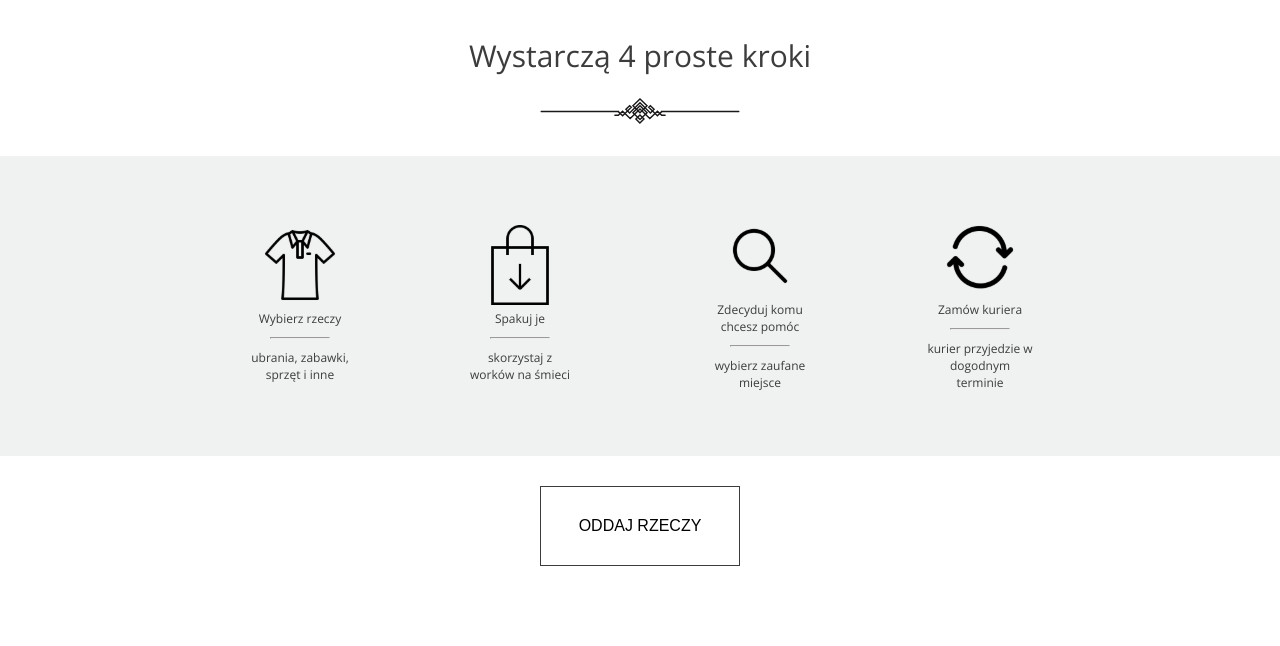
Repository: artwol993/Oddam_w_dobre_rece
Page: /
These files come from the project's save history. The page is drawn as it stood at one moment and after the next save; the edit follows.
The browser window is 1280 px wide. The pictures show the part of the page from y = 1046 to 1692 px (the page is 1907 px tall).
Pictures or frames that could not be fetched are drawn as grey boxes. The project was rebuilt for these pictures with package versions that can differ from the ones it lists, and the page was loaded fresh each time. Also part of the build but not shown: src/scss/components/Home.scss.

Above is the page before, as saved 2020-12-18 20:42:35.

### public/index.html
<!DOCTYPE html>
<html lang="en">

<head>
  <meta charset="utf-8" />
  <link rel="icon" href="%PUBLIC_URL%/favicon.ico" />
  <meta name="viewport" content="width=device-width, initial-scale=1" />
  <meta name="theme-color" content="#000000" />
  <meta name="description" content="Web site created using create-react-app" />
  <link rel="preconnect" href="https://fonts.gstatic.com">
  <link href="https://fonts.googleapis.com/css2?family=Merriweather:wght@300;400;700;900&display=swap" rel="stylesheet">
  <link rel="preconnect" href="https://fonts.gstatic.com">
  <link href="https://fonts.googleapis.com/css2?family=Open+Sans:wght@300;400;600;700;800&display=swap"
    rel="stylesheet">
  <link rel="apple-touch-icon" href="%PUBLIC_URL%/logo192.png" />
  <!--
      manifest.json provides metadata used when your web app is installed on a
      user's mobile device or desktop. See https://developers.google.com/web/fundamentals/web-app-manifest/
    -->
  <link rel="manifest" href="%PUBLIC_URL%/manifest.json" />
  <!--
      Notice the use of %PUBLIC_URL% in the tags above.
      It will be replaced with the URL of the `public` folder during the build.
      Only files inside the `public` folder can be referenced from the HTML.

      Unlike "/favicon.ico" or "favicon.ico", "%PUBLIC_URL%/favicon.ico" will
      work correctly both with client-side routing and a non-root public URL.
      Learn how to configure a non-root public URL by running `npm run build`.
    -->
  <title>React App</title>
</head>

<body>
  <noscript>You need to enable JavaScript to run this app.</noscript>
  <div id="root"></div>
  <!--
      This HTML file is a template.
      If you open it directly in the browser, you will see an empty page.

      You can add webfonts, meta tags, or analytics to this file.
      The build step will place the bundled scripts into the <body> tag.

      To begin the development, run `npm start` or `yarn start`.
      To create a production bundle, use `npm run build` or `yarn build`.
    -->
</body>

</html>

### src/index.js
import React from 'react';
import ReactDOM from 'react-dom';
import App from './App';
import "./scss/main.scss"

ReactDOM.render(
  <React.StrictMode>
    <App />
  </React.StrictMode>,
  document.getElementById('root')
);

### src/App.js
import React from 'react';
import { BrowserRouter as Router, Switch, Route } from 'react-router-dom';
import './scss/main.scss';
import Navbar from './components/Navbar';
import Home from './components/pages/Home/Home';
import ScrollToTop from './components/ScrollToTop';




function App() {
  return (
    <div className="body">
      <>
        <Router>
          <ScrollToTop />
          <Navbar />
          <Switch>

            <Route path='/' exact component={Home} />

          </Switch>
        </Router>
      </>
    </div>
  );
}

export default App;

### src/scss/main.scss

//settings
@import "./settings/reset";
@import "./settings/colors";
@import "./settings/fonts";
@import "./settings/buttons";


//components


.body {
    font-family: $font-base;
    color: $c-font1;
}

### src/components/Navbar.js
import React, { useState } from 'react';
import { Link } from 'react-router-dom';
import '../scss/navbar.scss';


function Navbar() {

    const [click, setClick] = useState(true);
    const handleClick = () => setClick(!click);

    return (
        <>
            <nav className='navbar'>
                <div className='navbar-container'>


                    <div className='menu-icon' onClick={handleClick}>
                        <div className={click ? 'x-icon' : 'bars-icon'} />
                    </div>

                    <ul className={click ? 'nav-menu' : 'active'}>

                        <li className='nav-items'>
                            <Link to='/' className='nav-links' onClick={handleClick}>
                                Start
                            </Link>
                        </li>
                        <li className='nav-items'>
                            <Link
                                to='/'
                                className='nav-links'
                                onClick={handleClick}
                            >
                                O co chodzi?
                            </Link>
                        </li>
                        <li className='nav-items'>
                            <Link
                                to='/'
                                className='nav-links'
                                onClick={handleClick}
                            >
                                O nas
                            </Link>
                        </li>

                        <li className='nav-items'>
                            <Link
                                to='/'
                                className='nav-links'
                                onClick={handleClick}
                            >
                                Fundacja i organizacje
                            </Link>
                        </li>
                        <li className='nav-items'>
                            <Link
                                to='/'
                                className='nav-links'
                                onClick={handleClick}
                            >
                                Kontakt
                            </Link>
                        </li>
                    </ul>

                </div>
            </nav>
        </>
    );
}

export default Navbar;

### src/components/pages/Home/Home.js
import React from 'react';
import '../../../scss/components/Home.scss';
import HeroSection from './HeroSection';
import Profits from './Profits';
import SimpleSteps from './SimpleSteps';
import AboutUs from './AboutUs';
import WhoWeHelp from './WhoWeHelp';
import Contact from './Contact'


function Home() {
    return (
        <>
            <HeroSection />
            <Profits />
            <SimpleSteps />
            <AboutUs />
            <WhoWeHelp />
            <Contact />

        </>

    )
}

export default Home

### src/scss/settings/reset.scss
* {
    margin: 0;
    padding: 0;
    box-sizing: border-box;

    &:after,
    &:before {
        box-sizing: border-box;
    }
}

### src/scss/settings/_colors.scss
//main
$c-white: #ffff;
$c-black: #0000;

//background
$c-bg1: #f0f1f1;
$c-bg2: #fad648;

//fonts
$c-font1: #3c3c3c;
$c-fnt2: #737373;
$c-fnt3: #5e5322;

//details
$c-divider: #1a1818;
$c-details: #5e5322;

### src/scss/settings/_fonts.scss
//styles
$font-base: "Open Sans", sans-serif;
$font-alt: "Merriweather", serif;

//weight
$fw-light: 300;
$fw-reg: 400;
$fw-sbold: 600;
$fw-bold: 700;
$fw-black: 900;

h1 {
    font-size: 30px;
    text-align: center;
    font-weight: $fw-reg;
}

h2 {
    font-size: 30px;
    text-align: center;
    font-weight: $fw-reg;
}

h3 {
    text-align: center;
    font-weight: $fw-reg;
}

.decoration {
    width: 200px;
    height: 60px;
    margin: 5px;
    background-image: url("../../assets/Decoration.svg");
    background-position: center;
    background-repeat: no-repeat;
    background-size: contain;
}

### src/scss/settings/_buttons.scss
.main-button {
    height: 80px;
    width: 200px;
    margin: 10px;
    background-color: $c-white;
    text-transform: uppercase;
    font-size: 16px;
    font-weight: $fw-light;
    padding: 5px;
    border: solid 1px $c-font1;
}

### src/scss/navbar.scss
@import "./main.scss";

.navbar {
    height: 80px;
    display: flex;
    justify-content: flex-end;
    font-size: 16px;
    position: sticky;
    top: 0;
    z-index: 1;
    background-color: $c-white;
}

.navbar-container {
    display: flex;
    justify-content: center;
    align-items: center;
    height: 80px;
}

.nav-menu {
    display: grid;
    grid-template-columns: repeat(6, auto);
    grid-gap: 10px;
    list-style: none;
    text-align: center;
    width: 60vw;
    justify-content: end;
}

.active {
    display: grid;
    grid-template-columns: repeat(6, auto);
    grid-gap: 10px;
    list-style: none;
    text-align: center;
    width: 60vw;
    justify-content: end;
}

.nav-item {
    height: 80px;
}

.nav-links {
    color: #242424;
    display: flex;
    align-items: center;
    text-decoration: none;
    padding: 8px 16px;
    height: 100%;
    &:hover {
        border: solid 1px #242424;
        padding: 7px 15px;
    }
}

.nav-links-mobile {
    display: none;
}

.menu-icon {
    display: none;
}

@media screen and (max-width: 990px) {
    .navbar {
        max-width: 990px;
    }

    .navbar-container {
        width: 100%;
        justify-content: flex-end;
    }

    .NavbarItems {
        position: relative;
    }

    .nav-menu {
        display: none;
    }

    .active {
        background-color: white;
        display: flex;
        flex-direction: column;
        justify-content: center;
        align-items: center;
        width: 100%;
        position: absolute;
        top: 80px;
        opacity: 1;
        transition: all 0.5s ease;
    }

    .nav-items {
        width: 100%;
    }

    .nav-links {
        text-align: center;
        height: 60px;
        width: 100%;
        display: table;

        &:hover {
            border: none;
            background-color: grey;
            opacity: 1;
            transition-property: 0.5s;
        }
    }

    .menu-icon {
        display: block;
        position: absolute;
        cursor: pointer;
        z-index: 2;
        padding: 20px;
    }
    .x-icon {
        width: 30px;
        height: 30px;
        background-image: url("../assets/Hamburger_icon.svg");
    }

    .bars-icon {
        width: 30px;
        height: 30px;
        background-image: url("../assets/Hamburger_icon.svg");
    }
}

### src/components/pages/Home/HeroSection.js
import React from 'react';
import '../../../scss/components/HeroSection.scss';

function HeroSection() {
    return (
        <>

            <div className="home-container">
                <div className="home-background"></div>
                <div className="home-box">
                    <h1>Zacznij pomagać!<br />
                    Oddaj niechciane rzeczy w zaufane ręce</h1>
                    <div className="decoration"></div>
                    <div className="button-box">
                        <button className="main-button">Oddaj rzeczy</button>
                        <button className="main-button">Zorganizuj zbiórkę</button>
                    </div>

                </div>
            </div>
        </>
    )
}

export default HeroSection

### src/components/pages/Home/Profits.js
import React from 'react';
import '../../../scss/components/Profits.scss';

function Profits() {
    return (
        <>

            <div className="profits-container">
                <div className="profits-box">
                    <span className="box-number">10</span>
                    <h3 className="box-tittle">ODDANYCH WORKÓW</h3>
                    <p className="">Lorem ipsum dolor sit amet, consectetur adipisc Pellentesque vel enim a elit viverra elementuma. Aliquam erat volutpat.</p>
                </div>
                <div className="profits-box">
                    <span className="box-number">5</span>
                    <h3 className="box-tittle">WSPARTYCH ORGANIZACJI</h3>
                    <p className="">Lorem ipsum dolor sit amet, consectetur adipisc Pellentesque vel enim a elit viverra elementuma. Aliquam erat volutpat.</p>
                </div>
                <div className="profits-box">
                    <span className="box-number">7</span>
                    <h3 className="box-tittle">WSPARTYCH ORGANIZACJI</h3>
                    <p className="">Lorem ipsum dolor sit amet, consectetur adipisc Pellentesque vel enim a elit viverra elementuma. Aliquam erat volutpat.</p>
                </div>
            </div>

        </>
    )
}

export default Profits

### src/components/pages/Home/SimpleSteps.js
import React from 'react'
import '../../../scss/components/SimpleSteps.scss';

function SimpleSteps() {
    return (
        <>

            <div className="simple-steps-container">

                <div className="simple-steps-tittle">
                    <h2>Wystarczą 4 proste kroki</h2>
                    <div className="decoration"></div>
                </div>
                <div className="simple-steps-section">
                    <div className="simple-steps-part-section">
                        <div className="simple-section-box">
                            <div className="simple-steps-box-icon ss-ic-1"></div>
                            <p>Wybierz rzeczy</p>
                            <hr></hr>
                            <p>ubrania, zabawki, sprzęt i inne</p>
                        </div>
                        <div className="simple-section-box">
                            <div className="simple-steps-box-icon ss-ic-2"></div>
                            <p> Spakuj je</p>
                            <hr></hr>
                            <p>skorzystaj z worków na śmieci</p>
                        </div>
                    </div>

                    <div className="simple-steps-part-section">
                        <div className="simple-section-box">
                            <div className="simple-steps-box-icon ss-ic-3"></div>
                            <p>Zdecyduj komu chcesz pomóc</p>
                            <hr></hr>
                            <p>wybierz zaufane miejsce</p>
                        </div>
                        <div className="simple-section-box">
                            <div className="simple-steps-box-icon ss-ic-4"></div>
                            <p>Zamów kuriera</p>
                            <hr></hr>
                            <p>kurier przyjedzie w dogodnym terminie</p>
                        </div>
                    </div>


                </div>

                <div className="simple-steps-footer">
                    <button className="main-button">Oddaj rzeczy</button>
                </div>

            </div>

        </>
    )
}

export default SimpleSteps

### src/components/pages/Home/AboutUs.js
import React from 'react';
import "../../../scss/components/AboutUs.scss"

function AboutUs() {
    return (
        <>
            <div className="about-section">
                <div className="about-box about-box1">
                    <h2>O nas</h2>
                    <div className="decoration"></div>
                    <p>Nori grape silver beet broccoli kombu beet greens fava bean potato quandong celery. Bunya nuts black-eyed pea prairie turnip leek lentil turnip greens parsnip.</p>
                    <div className="about-signature"></div>
                </div>

                <div className="about-box about-box2"></div>
            </div>

        </>
    )
}

export default AboutUs

### src/components/pages/Home/WhoWeHelp.js
import React from 'react'

function WhoWeHelp() {
    return (
        <div>

        </div>
    )
}

export default WhoWeHelp

### src/components/pages/Home/Contact.js
import React from 'react'

function Contact() {
    return (
        <div>

        </div>
    )
}

export default Contact

### src/scss/components/HeroSection.scss
@import "../main.scss";

.home-container {
    display: flex;
    height: 600px;
}

.home-background {
    width: 50%;
    height: 100%;
    background-image: url(../../assets/Home-Hero-Image.jpg);
    background-position: right;
    background-repeat: no-repeat;
    background-size: contain;
}

.home-box {
    width: 50%;
    height: 100%;
    display: flex;
    flex-direction: column;
    justify-content: center;
    align-items: center;

    h1 {
        margin: 7px;
    }
}

.button-box {
    display: flex;
    justify-content: center;
    align-items: center;
    margin-top: 15px;
}



@media screen and (max-width: 990px) {
    .home-container {
        background-image: url(../../assets/Home-Hero-Image.jpg);
        background-position: center;
        background-repeat: no-repeat;
        background-size: contain;
        display: flex;
        flex-direction: column;
        justify-content: center;
        align-items: center;
    }

    .home-background {
        display: none;
    }

    .home-box {
        width: 70%;
        height: 70%;
        background-color: #ffffffe0;
    }

    .main-button {
        width: 80%;
        height: 100%;
    }
}

### src/scss/components/Profits.scss
@import "../main.scss";

.profits-container {
    background-image: url("../../assets/3\ Columns\ Background.png");
    background-position: center;
    display: flex;
}

.profits-box {
    margin: 10px;
    padding: 30px;
    display: flex;
    flex-direction: column;
    justify-content: center;
    align-items: center;
    text-align: center;

    .box-number {
        color: $c-fnt3;
        font-size: 90px;
        font-weight: $fw-light;
    }

    .box-tittle {
        font-size: 18px;
        margin-top: 15px;
    }

    p {
        font-size: 16px;
        font-weight: $fw-light;
        margin-top: 15px;
        width: 70%;
    }
}

@media screen and (max-width: 990px) {
    .profits-container {
        flex-direction: column;
    }
}

### src/scss/components/SimpleSteps.scss
@import "../main.scss";

.simple-steps-container {
    display: flex;
    flex-direction: column;
    justify-content: center;
    align-items: center;
}

.simple-steps-tittle {
    width: 100%;
    display: flex;
    flex-direction: column;
    justify-content: center;
    align-items: center;
    padding: 10px 30px;

    h2 {
        margin-top: 25px;
    }
}

.simple-steps-section {
    height: 300px;
    width: 100%;
    background-color: $c-bg1;
    display: flex;
    justify-content: center;
    align-items: center;
}

.simple-steps-part-section {
    display: flex;
    margin: 10px;
}

.simple-section-box {
    width: 120px;
    display: flex;
    flex-direction: column;
    justify-content: center;
    align-items: center;
    margin: 5px 50px;

    .simple-steps-box-icon {
        width: 100%;
        height: 80px;
        padding: 5px;
        background-position: center;
        background-repeat: no-repeat;
        background-size: contain;
    }

    .ss-ic-1 {
        background-image: url("../../assets/Icon-1.svg");
    }

    .ss-ic-2 {
        background-image: url("../../assets/Icon-2.svg");
    }

    .ss-ic-3 {
        background-image: url("../../assets/Icon-3.svg");
    }

    .ss-ic-4 {
        background-image: url("../../assets/Icon-4.svg");
    }

    hr {
        width: 50%;
        margin: 5px;
    }
    p {
        margin: 5px;
        text-align: center;
        font-size: 12px;
    }
}

.simple-steps-footer {
    margin: 20px;

    .home-button {
        margin: 20px;
    }
}

@media screen and (max-width: 990px) {
    .simple-steps-section {
        height: auto;
        flex-direction: column;
    }
}

### src/scss/components/AboutUs.scss
@import "../main.scss";

.about-section {
    display: flex;
    margin: 50px 10px;
    background-color: pink;

    .about-box {
        width: 50%;
    }
}

.about-box1 {
    display: flex;
    flex-direction: column;
    align-items: center;

    p {
        margin: 5px;
        text-align: center;
    }

    .about-signature {
        background-image: url("../../assets/Signature.svg");
        width: 100px;
        height: 50%;
        background-position: center;
        background-repeat: no-repeat;
        background-size: contain;
    }
}

.about-box2 {
    background-image: url("../../assets/People.jpg");
    background-position: center;
    background-repeat: no-repeat;
    background-size: contain;
}

Loaded but not shown: src/components/ScrollToTop.js (common file)

After the next save:
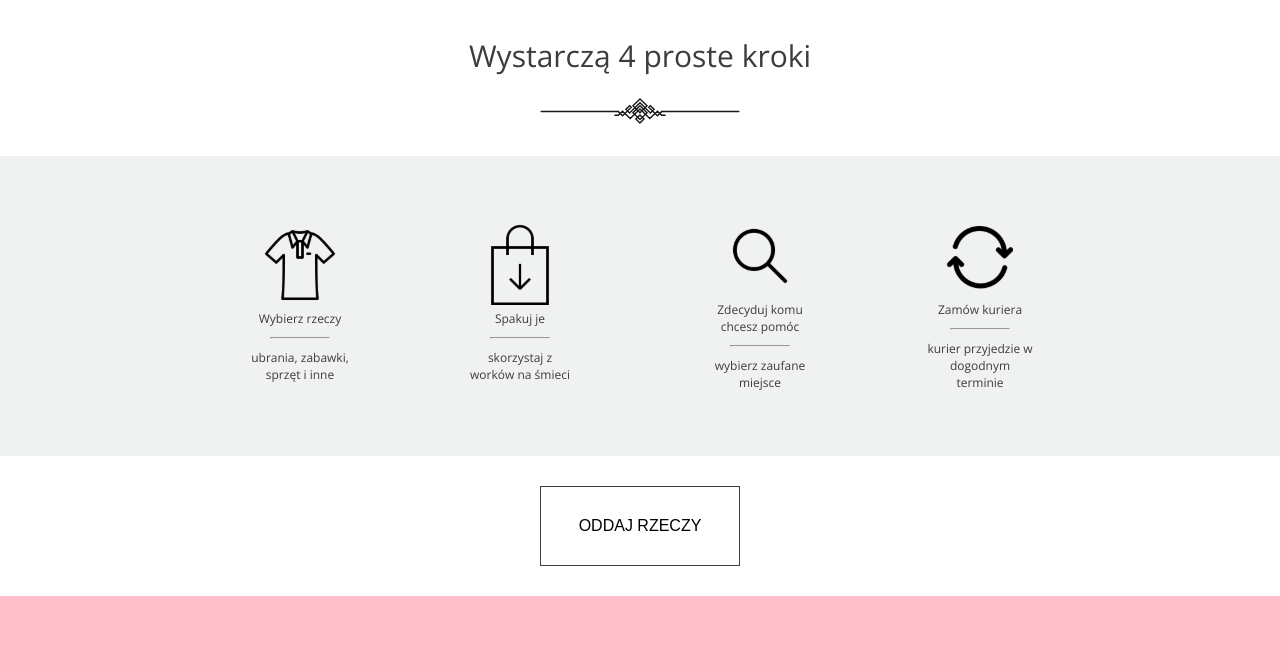
Saved 50 s later.
--- a/src/scss/components/AboutUs.scss
+++ b/src/scss/components/AboutUs.scss
@@ -2,7 +2,7 @@
 
 .about-section {
     display: flex;
-    margin: 50px 10px;
+    padding: 50px 10px;
     background-color: pink;
 
     .about-box {
